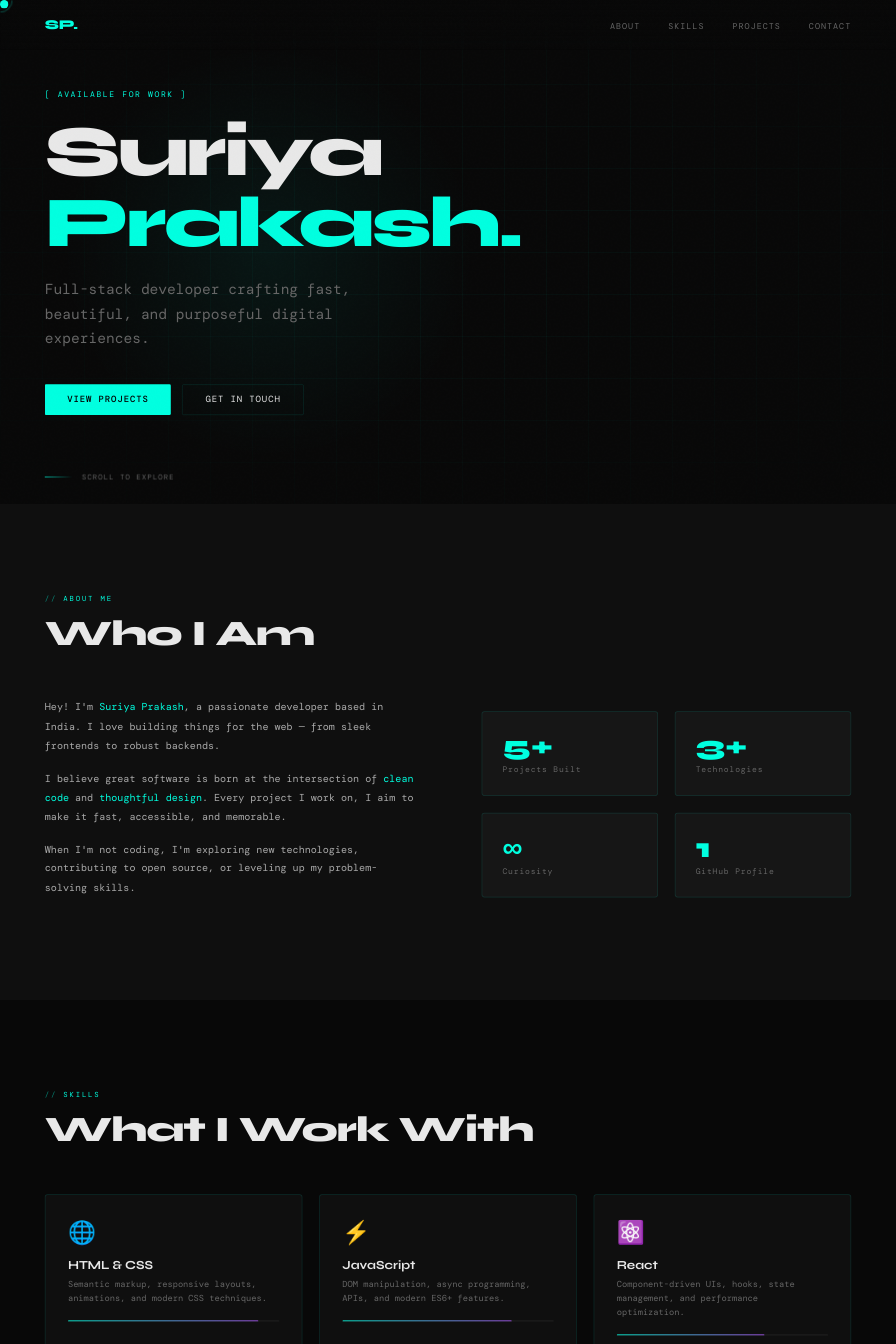
Repository: Suriyaprakash0901/PortoFolio
Page: index.html
These files come from the project's save history. The page is drawn as it stood at one moment and after the next save; the edit follows.
The browser window is 1280 px wide. The pictures show the part of the page from y = 0 to 1920 px (the page is 4016 px tall), at 70% of full size.
Some web fonts or font styles are not loaded; a fallback is used.

Above is the page before, as saved 2026-03-14 11:02:32.

After the next save:
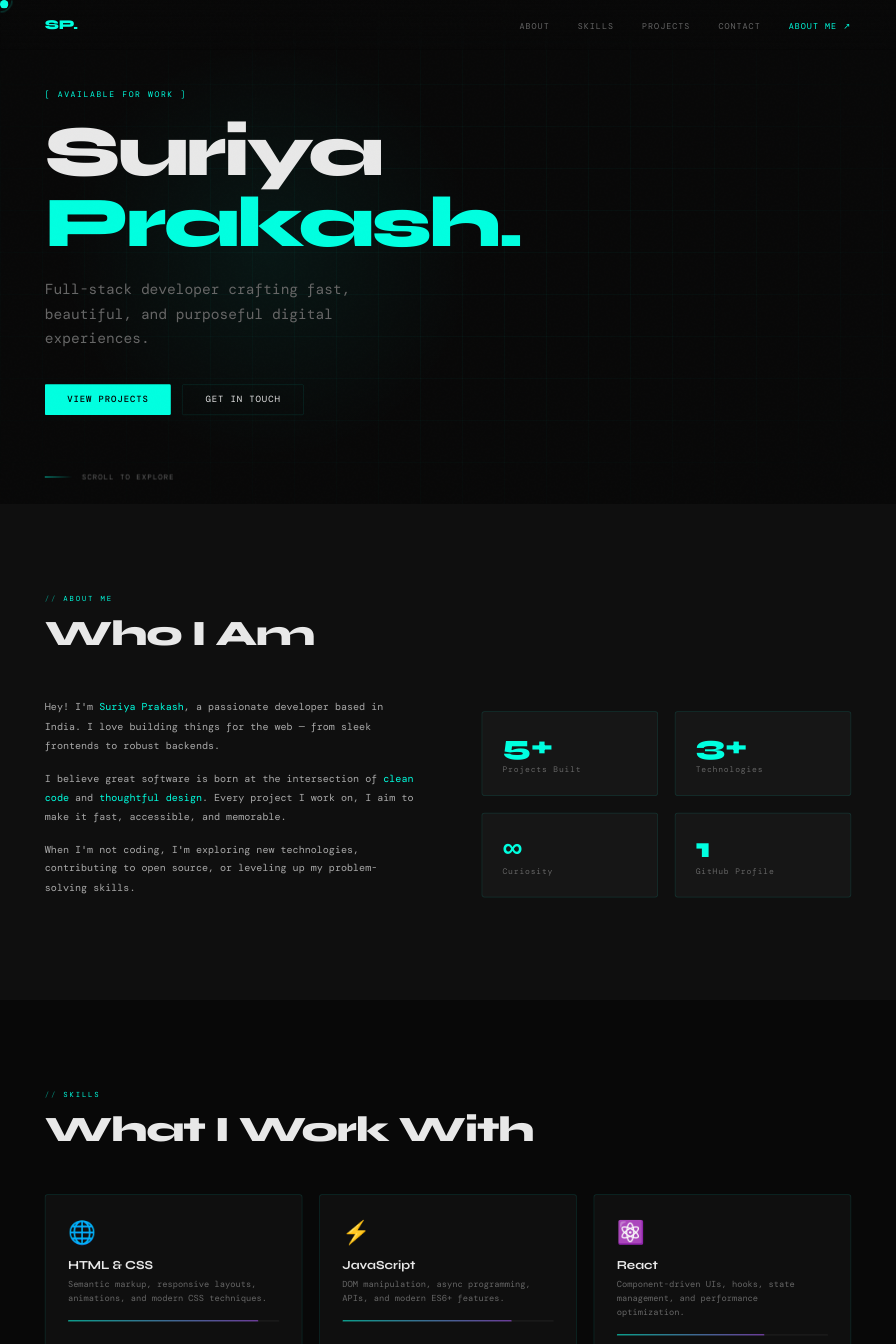
Saved 6 min 46 s later.
--- a/index.html
+++ b/index.html
@@ -462,15 +462,16 @@
   <div class="cursor-ring" id="cursorRing"></div>
 
   <!-- NAV -->
-  <nav>
-    <a href="#hero" class="nav-logo">SP.</a>
-    <ul class="nav-links">
-      <li><a href="#about">About</a></li>
-      <li><a href="#skills">Skills</a></li>
-      <li><a href="#projects">Projects</a></li>
-      <li><a href="#contact">Contact</a></li>
-    </ul>
-  </nav>
+ <nav>
+  <a href="index.html" class="nav-logo" data-nav>SP.</a>
+  <ul class="nav-links">
+    <li><a href="index.html#about">About</a></li>
+    <li><a href="index.html#skills">Skills</a></li>
+    <li><a href="index.html#projects">Projects</a></li>
+    <li><a href="index.html#contact">Contact</a></li>
+    <li><a href="about.html" style="color: var(--neon);">About Me ↗</a></li>
+  </ul>
+</nav>
 
   <!-- HERO -->
   <section id="hero">
